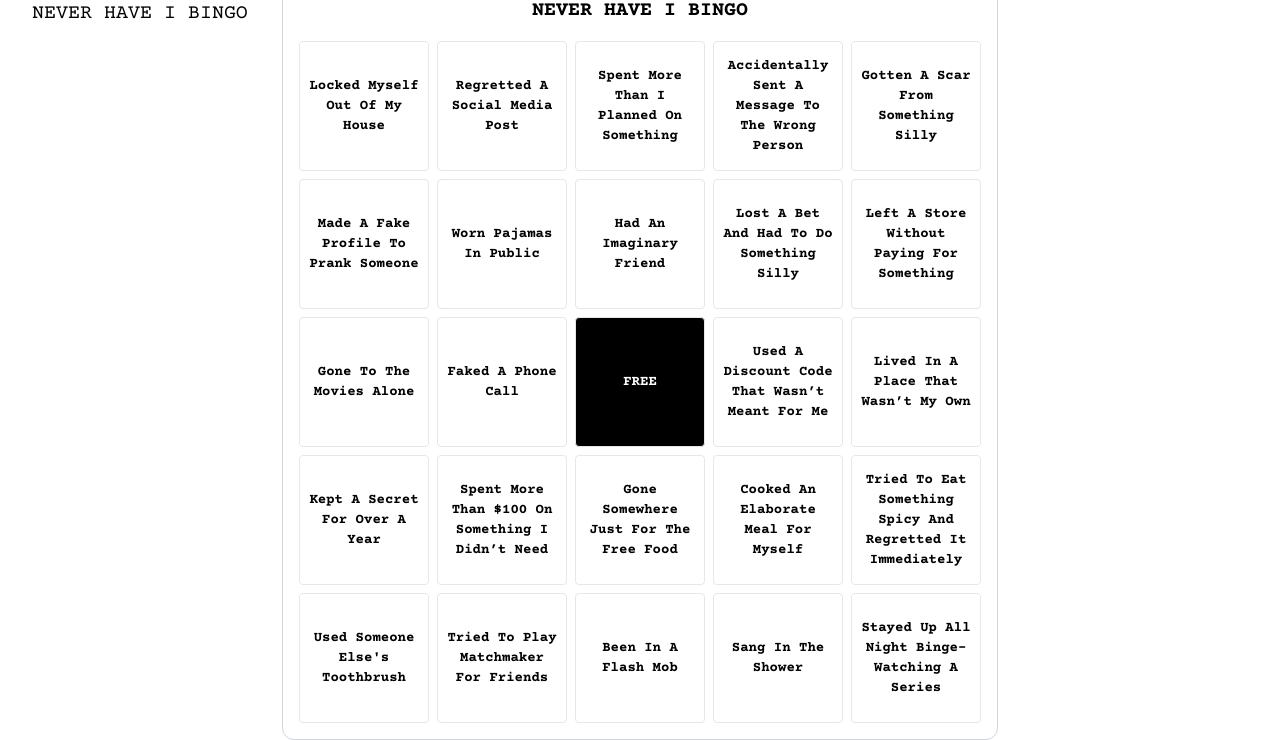
Repository: Jeysmeister/sensoryminds-bingo
Page: /
An editor plug-in stored every save of this project. The page is shown before and after the next save, followed by the edit.
The browser window is 1280 px wide. The pictures show the whole page.
The project was rebuilt for these pictures with package versions that can differ from the ones it lists, and the page was loaded fresh each time. The framework's server and built-in components were replaced by stand-ins that run in the browser. Also part of the build but not shown: next.config.ts.

Above is the page before, as saved 2024-11-12 17:38:21.

After the next save:
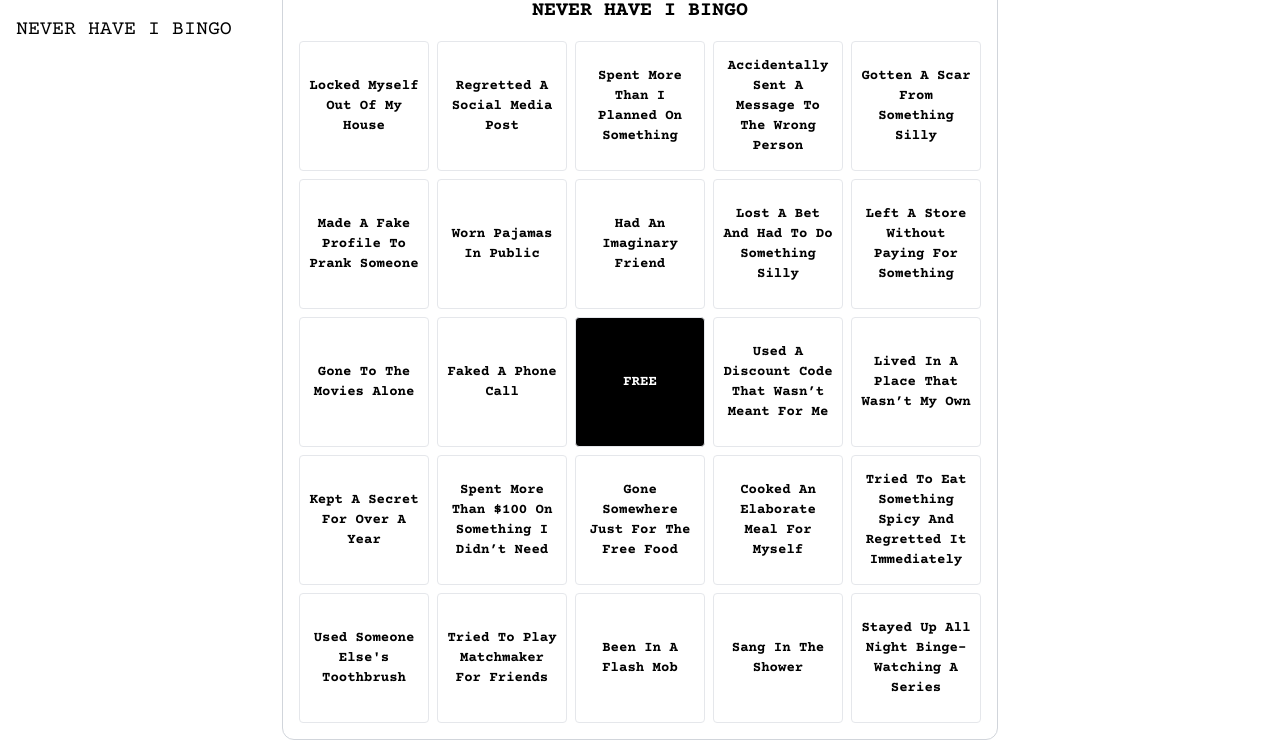
Saved 6 s later.
--- a/app/components/Header.tsx
+++ b/app/components/Header.tsx
@@ -1,6 +1,6 @@
 const Header = () => {
   return (
-    <div className="h-10 px-8  absolute top-0 w-screen ">
+    <div className="h-10 p-4  absolute top-0 w-screen ">
       <div className="text-xl">NEVER HAVE I BINGO</div>
     </div>
   );
